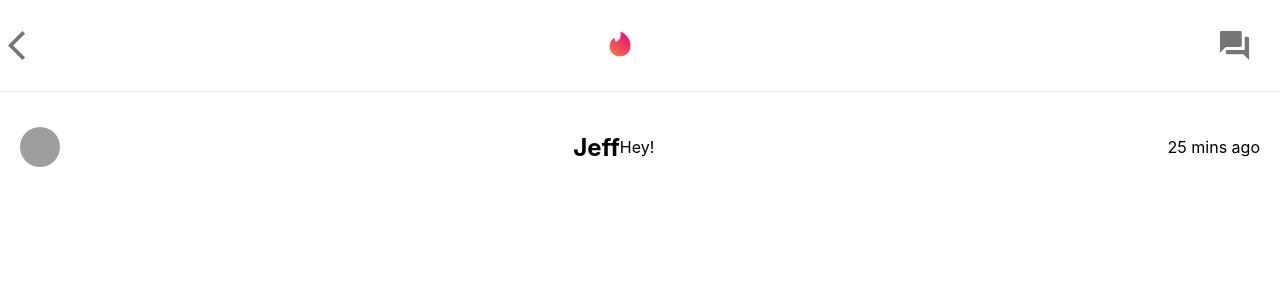
Repository: professorsourabh/tinder-clone
Page: /chat
The author's editor kept a copy of each file at every save. The page is drawn from the files as they stood at one save, then again after the next save.
The browser window is 1280 px wide. The pictures show the whole page.
Pictures or frames that could not be fetched are drawn as grey boxes. The project was rebuilt for these pictures with package versions that can differ from the ones it lists, and the page was loaded fresh each time. Also part of the build but not shown: src/App.css, src/TinderCards.css, src/Firebase.js, src/Swipebutton.css, src/Swipebutton.js, src/TinderCards.js.

Above is the page before, as saved 2023-05-31 10:00:16.

### public/index.html
<!DOCTYPE html>
<html lang="en">
  <head>
    <meta charset="utf-8" />
    <link rel="icon" href="%PUBLIC_URL%/favicon.ico" />
    <meta name="viewport" content="width=device-width, initial-scale=1" />
    <meta name="theme-color" content="#000000" />
    <meta
      name="description"
      content="Web site created using create-react-app"
    />
    <link rel="apple-touch-icon" href="%PUBLIC_URL%/logo192.png" />
    <!--
      manifest.json provides metadata used when your web app is installed on a
      user's mobile device or desktop. See https://developers.google.com/web/fundamentals/web-app-manifest/
    -->
    <link rel="manifest" href="%PUBLIC_URL%/manifest.json" />
    <!--
      Notice the use of %PUBLIC_URL% in the tags above.
      It will be replaced with the URL of the `public` folder during the build.
      Only files inside the `public` folder can be referenced from the HTML.

      Unlike "/favicon.ico" or "favicon.ico", "%PUBLIC_URL%/favicon.ico" will
      work correctly both with client-side routing and a non-root public URL.
      Learn how to configure a non-root public URL by running `npm run build`.
    -->
    <title>Tinder</title>
  </head>
  <body>
    <noscript>You need to enable JavaScript to run this app.</noscript>
    <div id="root"></div>
    <!--
      This HTML file is a template.
      If you open it directly in the browser, you will see an empty page.

      You can add webfonts, meta tags, or analytics to this file.
      The build step will place the bundled scripts into the <body> tag.

      To begin the development, run `npm start` or `yarn start`.
      To create a production bundle, use `npm run build` or `yarn build`.
    -->
  </body>
</html>

### src/App.js
import React from 'react';
import './App.css';
import Navbar from './Navbar';
import { BrowserRouter as Router, Route, Routes } from 'react-router-dom';
import TinderCards from './TinderCards';
import Swipebutton from './Swipebutton';
import Chats from './Chats';

function App() {
  return (
    <div className="App">
      <Router>
        <Routes>
          <Route path="/chat" element={<React.Fragment>
            <Navbar backButton="/" />
            <Chats />
          </React.Fragment>} />
          <Route path="/" element={<React.Fragment>
            <Navbar />
            <TinderCards />
            <Swipebutton />

          </React.Fragment>} />
        </Routes>
      </Router>
    </div>
  );
}

export default App;

### src/Navbar.js
import React from 'react';
import tinderLogo from "./tinder.png";
import "./Navbar.css";
import PersonIcon from '@mui/icons-material/Person';
import ForumIcon from '@mui/icons-material/Forum';
import { IconButton } from '@mui/material';
import { Link, useNavigate } from 'react-router-dom';
import { ArrowBackIos } from '@mui/icons-material';

function Navbar({ backButton }) {
  const navigate = useNavigate();

  const handleBackButtonClick = () => {
    navigate(backButton);
  };

  return (
    <div className='header'>
      {backButton ? (
        <IconButton onClick={handleBackButtonClick}>
          <ArrowBackIos className='back_icon' fontSize='large' />
        </IconButton>
      ) : (
        <IconButton>
          <PersonIcon className='person_icon' fontSize='large' />
        </IconButton>
      )}
      <Link to="/">
        <img className='img' src={tinderLogo} alt="icon" />
      </Link>
      <Link to="/chat">
        <IconButton>
          <ForumIcon className='message_icon' fontSize='large' />
        </IconButton>
      </Link>
    </div>
  );
}

export default Navbar;

### src/Chats.js
import React from 'react'
import './Chats.css'
import Chat from './Chat'
function Chats() {
  return (
    <div className='chats'>
        <Chat name="Jeff"
         message="Hey!"
          profilePic="https://media1.popsugar-assets.com/files/thumbor/9S7AjhrY3Qn2UNgW2CCB064xX70/fit-in/1024x1024/filters:format_auto-!!-:strip_icc-!!-/2014/06/04/992/n/1922283/098360edccddc443_111311021/i/Pictures-Mark-Wahlberg-When-He-Marky-Mark.jpg"
          timestamp="25 mins ago"
          />

    </div>
  )
}

export default Chats

### src/Navbar.css
.header{
    display: flex;
    justify-content: space-between;
    border-bottom: 1px solid rgb(240, 235, 235);
    align-items: center;
}

.img{
   height: 60px;
    object-fit: contain;

}
.message_icon{
    padding: 20px;

}
.person_icon{
    padding: 20px;

}

### src/Chat.js
import React from 'react'
import { Avatar } from '@mui/material'
import './Chat.css'
function Chat({name,message,profilePic,timestamp}) {
  return (
    <div className='chat'>
      <Avatar className='chat_image' alt={name} src={profilePic}/>
     <div className='chat_details'>
        <h2>{name}</h2>
        <p>{message}</p>
     </div>
     <p className='chat_timestamp'>{timestamp}</p>
    </div>
  )
}

export default Chat

### src/Chat.css
.chat{
    display: flex;
    align-items: center;
    justify-content: space-between;
    padding: 20px;
    height: 70px;
    border-radius: 1px solid #b9b1b1;
}

.chat_details{
    display: flex;
    align-items: center;
    justify-content: space-between;

}

Loaded but not shown: src/index.js (common file); src/index.css (common file); src/Chats.css (no stored copy; drawn as an empty file)

After the next save:
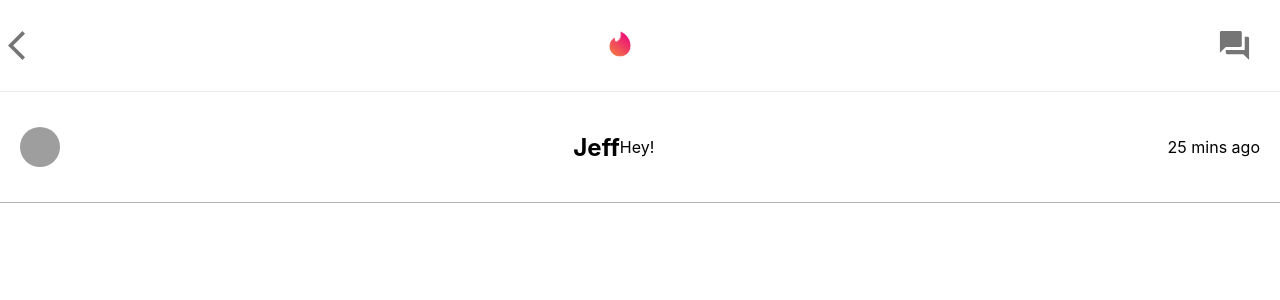
Saved 38 s later.
--- a/src/Chat.css
+++ b/src/Chat.css
@@ -4,7 +4,7 @@
     justify-content: space-between;
     padding: 20px;
     height: 70px;
-    border-radius: 1px solid #b9b1b1;
+    border-bottom: 1px solid #b9b1b1;
 }
 
 .chat_details{

After the save that followed:
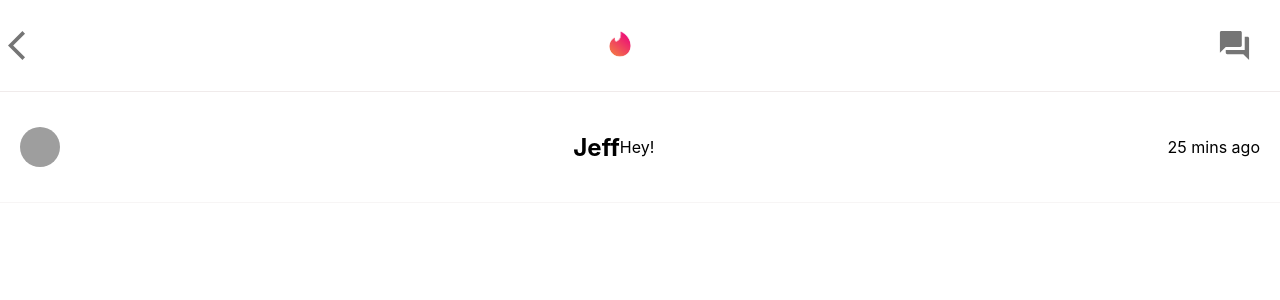
Saved 24 s later.
--- a/src/Chat.css
+++ b/src/Chat.css
@@ -4,7 +4,7 @@
     justify-content: space-between;
     padding: 20px;
     height: 70px;
-    border-bottom: 1px solid #b9b1b1;
+    border-bottom: 1px solid #f7f5f5;
 }
 
 .chat_details{
